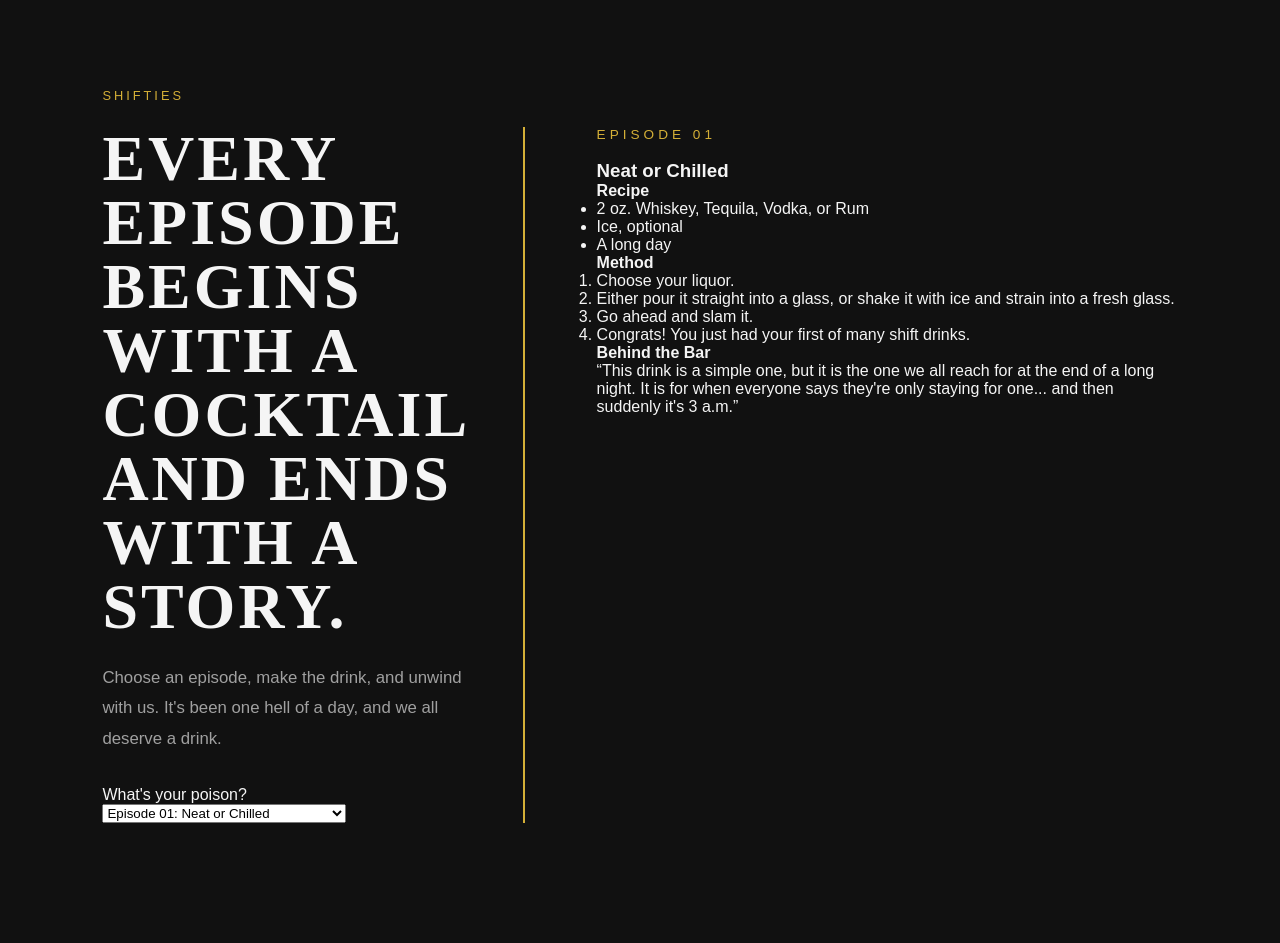
Repository: Gage-Codes/BarRot
Page: css/Website.html
The author's editor kept a copy of each file at every save. The page is drawn from the files as they stood at one save, then again after the next save.
The browser window is 1280 px wide. The pictures show the part of the page from y = 2356 to 3308 px (the page is 3299 px tall before and 3308 px after).

Above is the page before, as saved 2026-07-01 12:30:11.
Not found: css/java.js

After the next save:
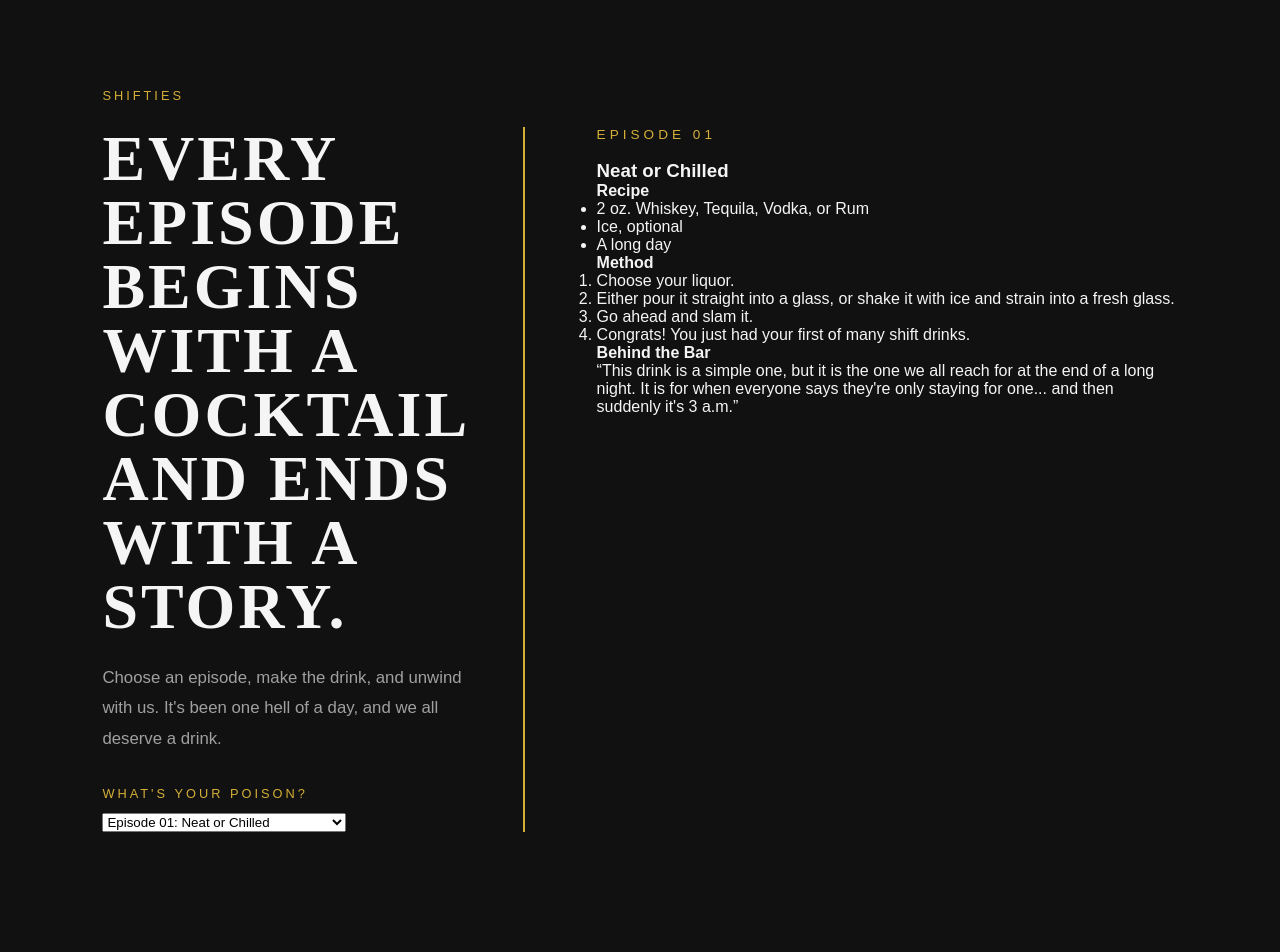
Saved 107 s later.
--- a/css/style.css
+++ b/css/style.css
@@ -359,7 +359,14 @@
     line-height: 1.8;
     margin-bottom: 32px;
 }
-
+.recipe-intro label {
+    display: block;
+    color: var(--accent);
+    text-transform: uppercase;
+    letter-spacing: 3px;
+    font-size: 0.8rem;
+    margin-bottom: 12px;
+}
 /* Media Queries/Screen Adjustment Episodes */
 
 @media (min-width: 1400px) {
